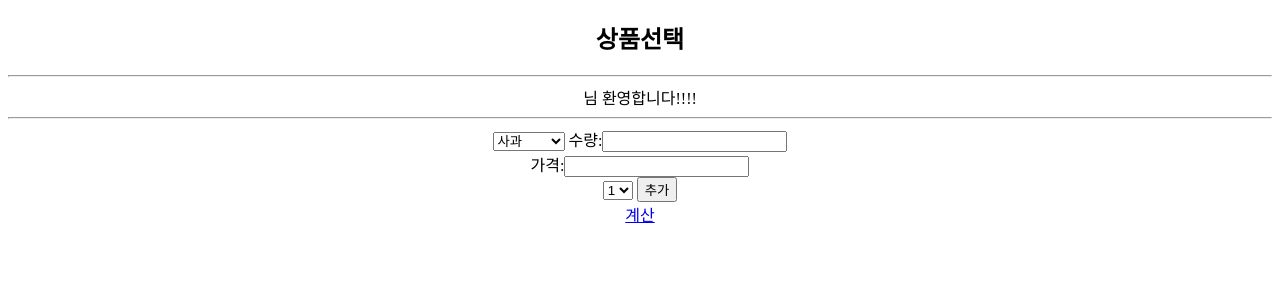
Repository: RyuJelly/211
Page: http://localhost/JSP/mission01/selProduct.jsp
The author's editor kept a copy of each file at every save. The page is drawn from the files as they stood at one save, then again after the next save.
The browser window is 1280 px wide. The pictures show the whole page.
The page is served by Tomcat 9. Other server files are loaded and not shown.

Above is the page before, as saved 2021-03-29 05:04:39.

### jsp_work/JSP/WebContent/mission01/selProduct.jsp
<%@ page language="java" contentType="text/html; charset=UTF-8" pageEncoding="UTF-8" import="java.util.*"%>
<%
	request.setCharacterEncoding("utf-8");
	String username = request.getParameter("username");
	session.setAttribute("username", username);
%>

<!DOCTYPE html PUBLIC "-//W3C//DTD HTML 4.01 Transitional//EN" "http://www.w3.org/TR/html4/loose.dtd">
<HTML>
<HEAD>
<title>ch06 : selProduct.jsp</title>
</head>

<body>
<div align="center">
	<H2>상품선택</H2>
	<HR>
	${username } 님 환영합니다!!!!
	<HR>
	<form name="form1" method="POST" action="add.jsp">
		<SELECT name="fruit">
			<option>사과</option>
			<option>귤</option>
			<option>파인애플</option>
			<option>자몽</option>
			<option>레몬</option>
		</SELECT>
		수량:<input type="text" name="price"><br>
		가격:<input type="text" name="amount"><br>
		<SELECT name="amount">
			<option>1</option>
			<option>2</option>
			<option>3</option>
			<option>4</option>
			<option>5</option>
		</SELECT>
		<input type="submit" value="추가"/>
	</form>
	<a href="checkOut.jsp">계산</a>
</div>
</body>
</html>

After the next save:
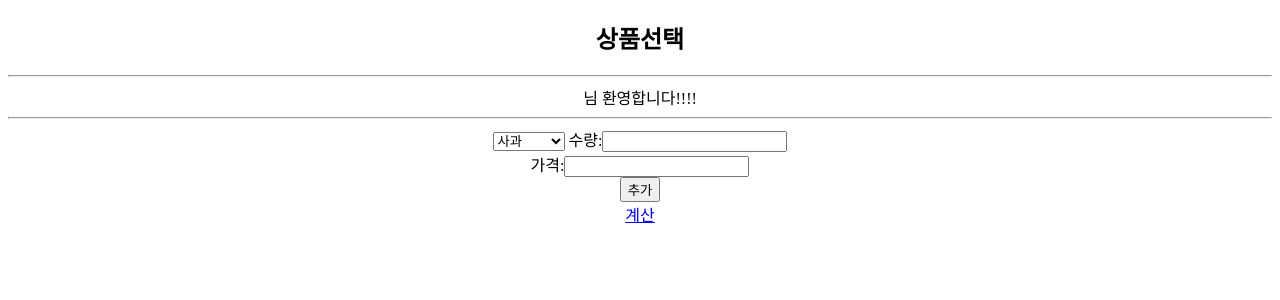
Saved 12 s later.
--- a/jsp_work/JSP/WebContent/mission01/selProduct.jsp
+++ b/jsp_work/JSP/WebContent/mission01/selProduct.jsp
@@ -27,13 +27,6 @@
 		</SELECT>
 		수량:<input type="text" name="price"><br>
 		가격:<input type="text" name="amount"><br>
-		<SELECT name="amount">
-			<option>1</option>
-			<option>2</option>
-			<option>3</option>
-			<option>4</option>
-			<option>5</option>
-		</SELECT>
 		<input type="submit" value="추가"/>
 	</form>
 	<a href="checkOut.jsp">계산</a>
